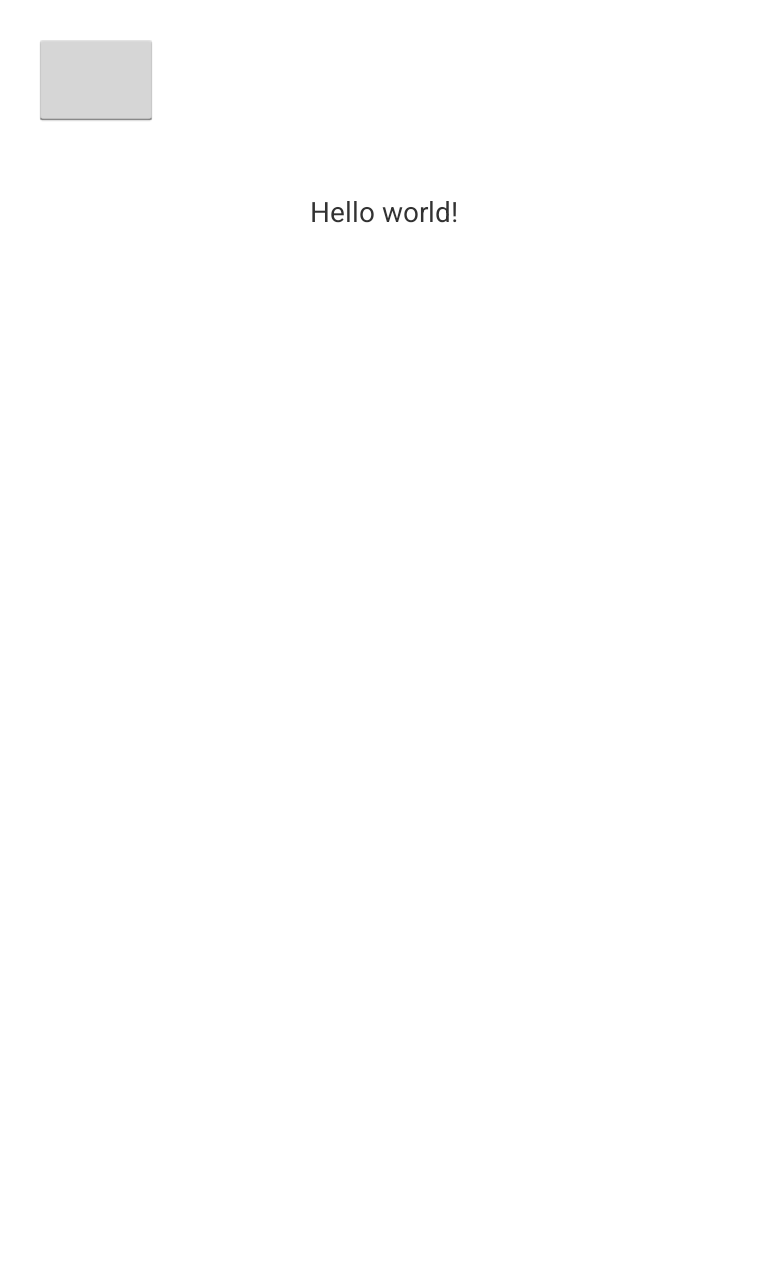
Repository: 729517723/AndroidProject
Layout: Activity_02_Intents/res/layout/other.xml
The author's editor kept a copy of each file at every save. The layout is drawn from the files as they stood at one save, then again after the next save.
It is drawn on a 768 x 1280 px phone screen (xhdpi) without system bars, with theme AppTheme; the app's code is not run.

Above is the layout before, as saved 2016-08-15 06:48:50.

After the next save:
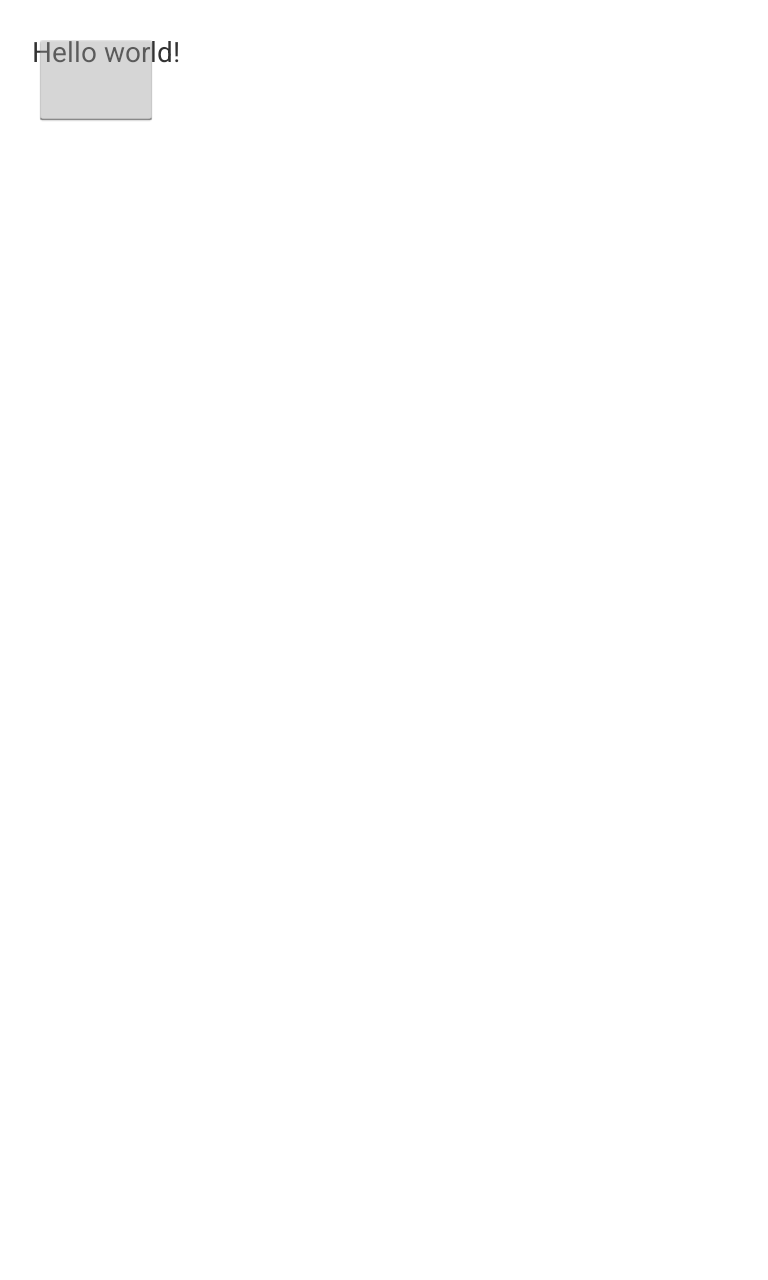
Saved 54 s later.
--- a/Activity_02_Intents/res/layout/other.xml
+++ b/Activity_02_Intents/res/layout/other.xml
@@ -12,9 +12,6 @@
         android:id="@+id/textView1"
         android:layout_width="wrap_content"
         android:layout_height="wrap_content"
-        android:layout_alignParentTop="true"
-        android:layout_centerHorizontal="true"
-        android:layout_marginTop="80dp"
         android:text="@string/hello_world" />
     <Button
         android:id="@+id/btn"
